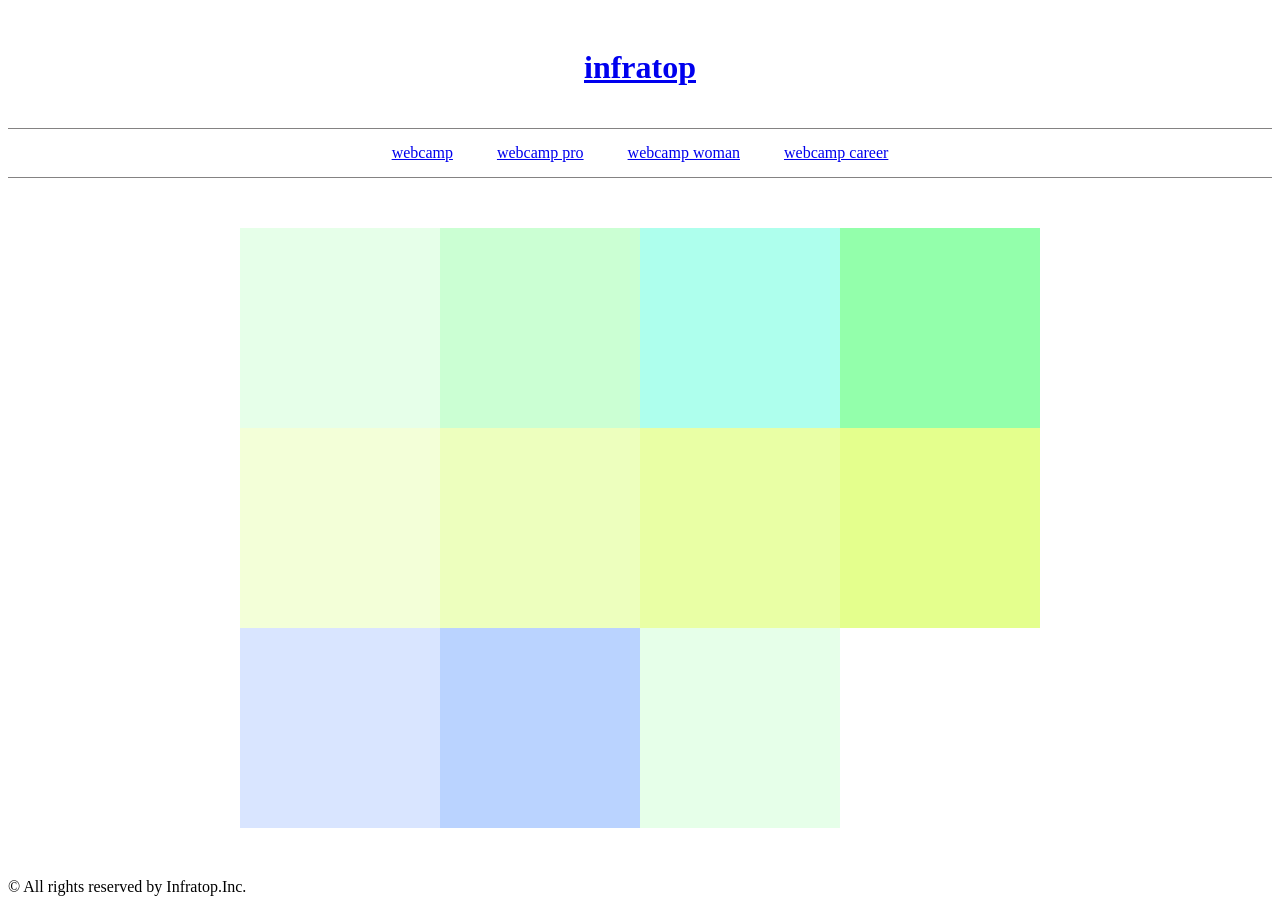
Repository: ego-boosting/html-practice1
Page: chapter5/index.html
The author's editor kept a record of every edit. The page is drawn from the files as they stood at one moment, then again after the next edit.
The browser window is 1280 px wide. The pictures show the whole page.

Above is the page before.

### chapter5/index.html
<!DOCTYPE html>
<html lang="ja">

  <head>
    <meta charset="UTF-8" />
    <link rel="stylesheet" href="style.css" />
    <title></title>
  </head>

  <body>
    <header>
      <h1 class="heading">
        <a href="index.html">
          infratop
        </a>

      </h1>
    </header>

    <nav>

      <ul class="nav-list">
        <li class="nav-list-item">
          <a href="index.html">webcamp</a>
        </li>
        <li class="nav-list-item">
          <a href="index.html">webcamp pro</a>
        </li>
        <li class="nav-list-item">
          <a href="index.html">webcamp woman</a>
        </li>
        <li class="nav-list-item">
          <a href="index.html">webcamp career</a>
        </li>

      </ul>

    </nav>

    <div class="main">
      <div class="box1"></div>
      <div class="box2"></div>
      <div class="box3"></div>
      <div class="box4"></div>
      <div class="box5"></div>
      <div class="box6"></div>
      <div class="box7"></div>
      <div class="box8"></div>
      <div class="box9"></div>
      <div class="box10"></div>
      <div class="box11"></div>
      <div class="box12"></div>
    </div>

    <div class="blog"></div>
    <div class="sidebar"></div>

    </div>

    <footer>
      <p class="footer-text">© All rights reserved by Infratop.Inc.</p>
    </footer>
   </body>
 </html>

### chapter5/style.css
＊{
  margin:0;
  padding:0;
  box-sizing:obder-box;
}

header{
 width:100%;
 padding:20px 0;
 text-align:center;
}

.nav-list{
  text-align:center;
  padding:15px 0;
  margin:auto 0;
  border-bottom:1px solid#848282;
  border-top:1px solid#848282;
}
.nav-list-item{
  list-style:none;
  display: inline-block;
  margin: 0 20px;
}

.main{
 width:800px;
 margin:50px auto;
 display:flex;
 flex-wrap:wrap;
}

.box1{
  width:200px;
  height:200px;
  background-color:#e6ffe9;
}

.box2{
  width:200px;
  height:200px;
  background-color:#cbffd3;
}

.box3{
  width:200px;
  height:200px;
  background-color:#aeffed;
}

.box4{
  width:200px;
  height:200px;
  background-color:#93ffab;
}

.box5{
  width:200px;
  height:200px;
  background-color:#f3ffd8;
}

.box6{
  width:200px;
  height:200px;
  background-color:#edffbe;
}

.box7{
  width:200px;
  height:200px;
  background-color:#e9ffa5;
}

.box8{
  width:200px;
  height:200px;
  background-color:#e4ff8d;
}

.box9{
  width:200px;
  height:200px;
  background-color:#d9e5ff;
}

.box10{
  width:200px;
  height:200px;
  background-color:#bad3ff;
}

.box11{
  width:200px;
  height:200px;
  background-color:#e6ffe9;
}

.box1{
  width:200px;
  height:200px;
  background-color:#e6ffe9;
}

After the next edit:
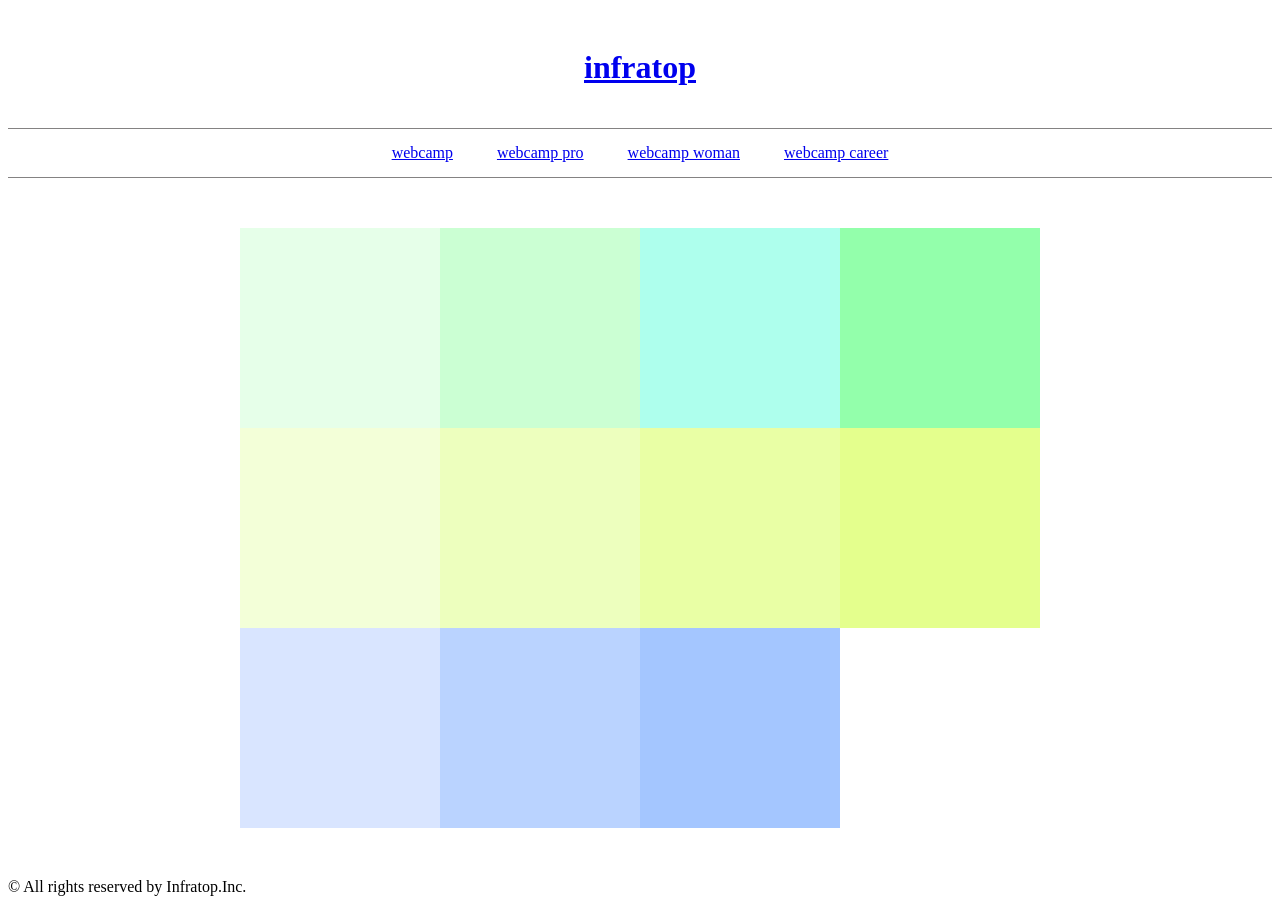
The edit:
--- a/chapter5/style.css
+++ b/chapter5/style.css
@@ -93,7 +93,7 @@
 .box11{
   width:200px;
   height:200px;
-  background-color:#e6ffe9;
+  background-color:#a4c6ff;
 }
 
 .box1{
